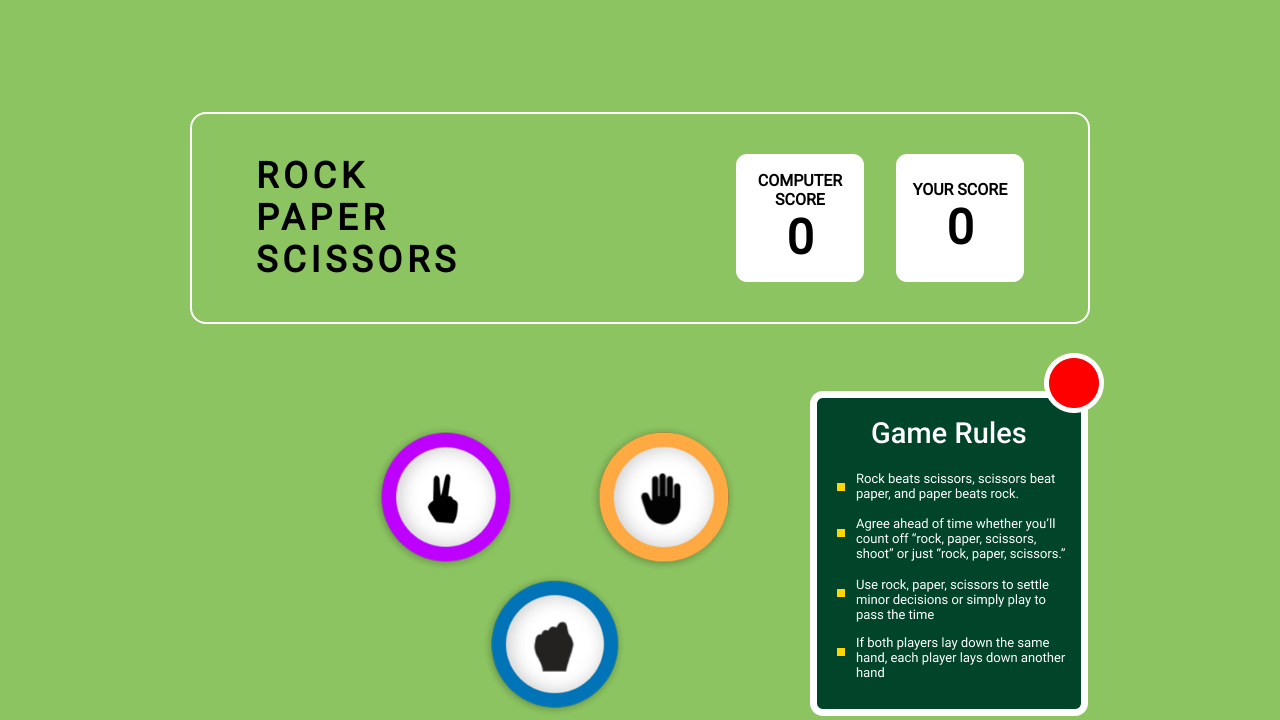
Repository: drumsmanku/Major-module-project-1
Page: index.html
An editor plug-in stored every save of this project. The page is shown before and after the next save, followed by the edit.
The browser window is 1280 px wide. The pictures show the whole page.

Above is the page before, as saved 2023-04-27 13:55:20.

### index.html
<!DOCTYPE html>
<html lang="en">
<head>
  <meta charset="UTF-8">
  <meta http-equiv="X-UA-Compatible" content="IE=edge">
  <meta name="viewport" content="width=device-width, initial-scale=1.0">
  <link rel="stylesheet" href="styles.css">
  <title>Module Project 1 </title>
</head>
<body>
  <div class="main-container">
    <div class="first-container">
      <div class="text">
        <h1>ROCK PAPER SCISSORS</h1>
      </div>
      <div class="two-boxes">
        <div class="computer-score">
          <h4>COMPUTER SCORE</h4>
          <h1>0</h1>
        </div>
        <div class="your-score">
          <h4>YOUR SCORE</h4>
          <h1>0</h1>
        </div>
      </div>

    </div>

    <div class="second-main-container">
      <div class="second-first-main-container">
        <div class="two-buttons">
          <button class="btn-2"><img src="2.png" alt=""></button>
          <button class="btn-3"><img src="3.png" alt=""></button>
        </div>
        <button class="btn-1"> <img src="1.png" alt=""></button>
      </div>
      <div class="second-second-main-container">
        <div class="img-container">
          <img src="4.png" alt="">
          <button><img src="x.png" alt=""></button>
        </div>

      </div>
    </div>
  </div>

  <script src="script.js"></script>
</body>
</html>

### styles.css
@import url('https://fonts.googleapis.com/css2?family=Roboto&display=swap');

*{
  padding: 0;
  margin: 0;
}

body{
  background-color: #8CC461;
}
.main-container{
  display: flex;
  flex-direction: column;
  align-items: center;
}
.first-container{
  height: 5rem;
  width: 60vw;
  border: 2px solid white;
  background: none;
  border-radius: 1rem;
  padding: 4rem;
  display: flex;
  flex-direction: row;
  align-items: center;
  justify-content: space-between;
  margin-top: 7rem;
}
.text{
  height: inherit;
  width: 20%;
  display: flex;
  flex-wrap: wrap;
  flex-direction: column;
  font-family: 'Roboto';
  letter-spacing: 0.3rem;
  font-size: large;
  justify-content: center;
  align-items: center;
}

.computer-score{
  display: flex;
  flex-direction: column;
  height: 8rem;
  width: 8rem;
  flex-wrap: wrap;
  font-family: 'Roboto';
  justify-content: center;
  align-items: center;
  background-color: white;
  text-align: center;
  border-radius: 0.7rem;
}
.computer-score>h1{
  font-weight: 800;
  font-size: 3rem;
}
.your-score{
  display: flex;
  flex-direction: column;
  height: 8rem;
  width: 8rem;
  flex-wrap: wrap;
  font-family: 'Roboto';
  justify-content: center;
  align-items: center;
  background-color: white;
  text-align: center;
  border-radius: 0.7rem;
  margin-left: 2rem;
}
.your-score>h1{
  font-weight: 800;
  font-size: 3rem;
}
.two-boxes{
  display: flex;
  flex-direction: row;
  justify-content: space-between;
}
.second-main-container{
  display: flex;
  flex-direction: row;
  justify-content: flex-end;
  width: 100vw;
}
.second-first-main-container{
  display: flex;
  flex-direction: column;
  justify-content: flex-end;
  align-items: center;
  height: 55vh;
  width: 40vw;
}
.two-buttons{
  width: inherit;
  display: flex;
  flex-direction: row;
  justify-content: space-evenly;
}
.btn-1{
  background: none;
  border:none;
  cursor: pointer;
}
.btn-2{
  background: none;
  border:none;
  cursor: pointer;
}
.btn-3{
  background: none;
  border:none;
  cursor: pointer;
}
.second-first-main-container img{
  width: 9rem;
}

.second-second-main-container{
  display: flex;
  align-items: flex-end;
  margin-right: 12rem;
}
.second-second-main-container .img-container button{
  background: none;
  border: none;
  cursor: pointer;
  z-index: 999;
  position: absolute;
  right: 11rem;
  bottom: 19rem;
}

Loaded but not shown: script.js (no stored copy; drawn as an empty file)

After the next save:
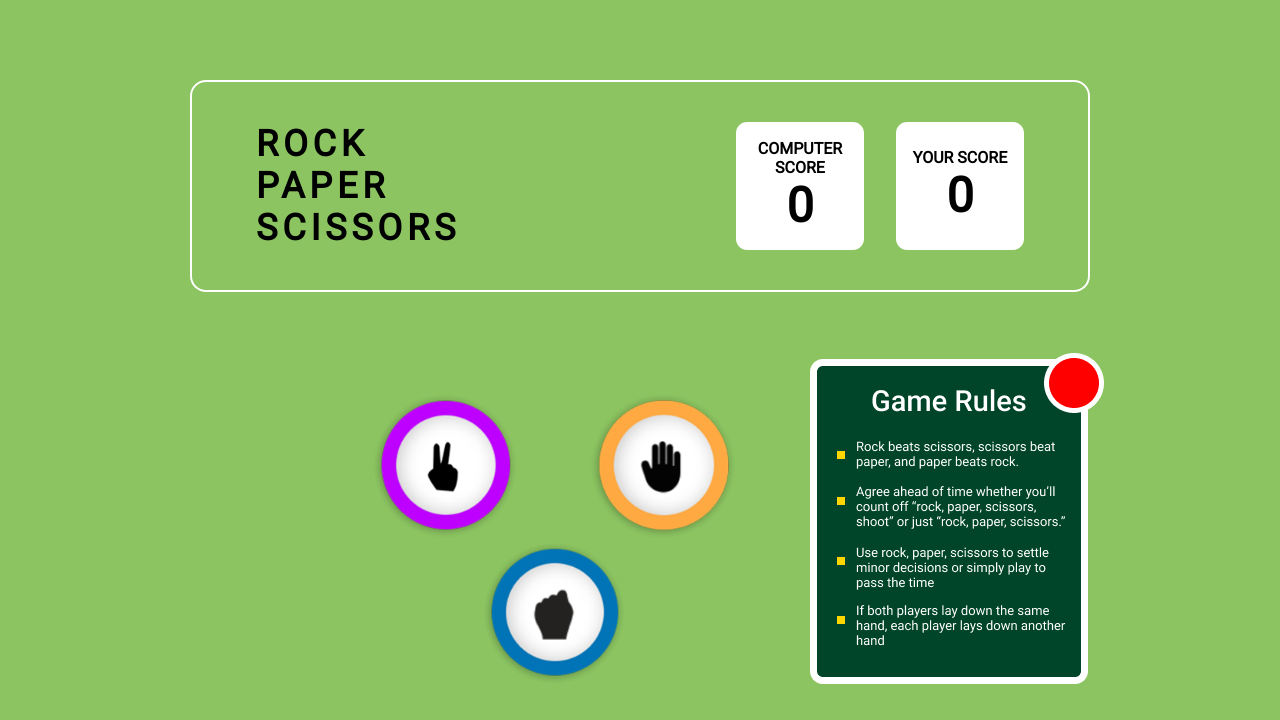
Saved 8 s later.
--- a/styles.css
+++ b/styles.css
@@ -24,7 +24,7 @@ body{
   flex-direction: row;
   align-items: center;
   justify-content: space-between;
-  margin-top: 7rem;
+  margin-top: 5rem;
 }
 .text{
   height: inherit;
